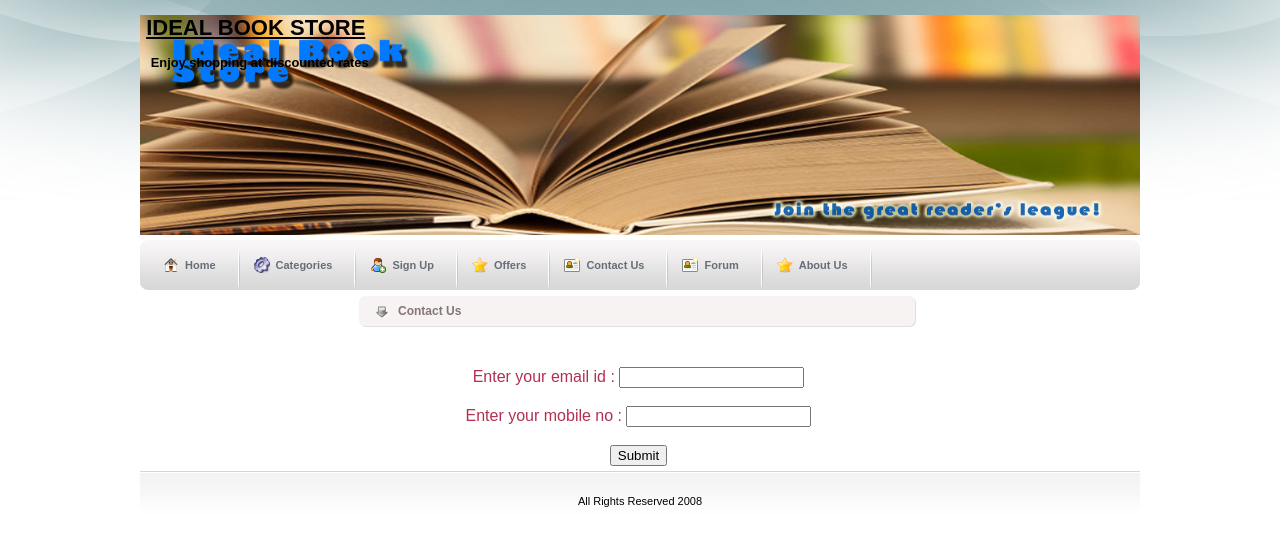
Repository: tusharjain887/Online-Book-Sales
Page: http://localhost/OnlineBook/forgotpassword.jsp
An editor plug-in stored every save of this project. The page is shown before and after the next save, followed by the edit.
The browser window is 1280 px wide. The pictures show the whole page.
The page is served by Tomcat 9.

Above is the page before, as saved 2013-04-09 10:24:41.

### PROJECT/workspace/workspace/OnlineBook/WebContent/forgotpassword.jsp
<%@ page import="java.sql.*"%>
<%@ page import="java.io.*"%>
<%@ page import="java.util.*"%>
<%@ page import="java.lang.*"%>
<!DOCTYPE html PUBLIC "-//W3C//DTD XHTML 1.0 Transitional//EN" "http://www.w3.org/TR/xhtml1/DTD/xhtml1-transitional.dtd">
<html xmlns="http://www.w3.org/1999/xhtml">
<head>
<title>Categories</title>
<meta http-equiv="Content-Type" content="text/html; charset=windows-1252" />
<link rel="stylesheet" type="text/css" href="style.css" />
<!--[if IE 6]>
<link rel="stylesheet" type="text/css" href="iecss.css" />
<![endif]-->
<script type="text/javascript" src="js/boxOver.js"></script>
</head>
<body>
<div id="main_container">

  <div id="header">
  <div class="logout">
 <%  Object c=session.getAttribute("username");
if(c!=null)
	{
	out.print("Welcome  " +session.getAttribute("username").toString());
	%>
	&nbsp<a href='myprofile.jsp'>Profile</a>
	&nbsp<a href='logout.jsp'>Logout</a>
	<%
	}
	%>
	</div>
	<div class="leftcontent"><h1>&nbsp<u>IDEAL BOOK STORE</u></h1></div>
    <div class="leftdowncontent"><h3>&nbsp&nbsp&nbspEnjoy shopping at discounted rates</h3></div>

  </div>

  <div id="main_content">
    <div id="menu_tab">
      <div class="left_menu_corner"></div>
      <ul class="menu">
        <li><a href="index.jsp" class="nav1"> Home</a></li>
        <li class="divider"></li>
        <li><a href="categories.jsp" class="nav2">Categories</a></li>
        <li class="divider"></li>
        <%
        if(c==null)
        {
        %><li><a href="registration.html" class="nav4">Sign Up</a></li>
        <li class="divider"></li>
        <%
        }
        %>
        <li><a href="news.jsp" class="nav3">Offers</a></li>
        <li class="divider"></li>
        <li><a href="contact.jsp" class="nav6">Contact Us</a></li>
        <li class="divider"></li>
        <li><a href="forum.jsp" class="nav6">Forum</a></li>
        <li class="divider"></li>
        <li><a href="aboutus.jsp" class="nav3">About Us</a></li>
        <li class="divider"></li>

      </ul>
      <div class="right_menu_corner"></div>
    </div>
    <!-- end of menu tab -->
    <div class="left_content">
     <br><br><br>

      </div>


    <!-- end of left content -->
    <div class="center_content">
      <div class="center_title_bar">Contact Us</div>
      <div style="font-size:16px;color:#B13052;">
      <br><br><br><br><center>
      <form name="myform" method="post" action="getpass.jsp">
Enter your email id : <input type="text" name="email" /><br><br>
Enter your mobile no : <input type="text" name="mobile" /><br><br>
<input type="submit" name="submit" value="Submit" />
</form>
</center>
</div>
    </div>
    <!-- end of center content -->
    <div class="right_content">
     <br><br><br>
    </div>
    <!-- end of right content -->
  </div>
  <!-- end of main content -->
  <div class="footer">
    <br><br>
    <center> All Rights Reserved 2008</center>
      </div>

<!-- end of main_container -->
</body>
</html>

### PROJECT/workspace/workspace/OnlineBook/WebContent/style.css
body
{
background:url(images/bg.jpg) no-repeat #fff center top;
padding:0;
font-family:Arial, Helvetica, sans-serif;
font-size:11px;
margin:0px auto auto auto;
color:#000;
}
p{
padding:2px;
margin:0px;
}
#main_container{
width:1000px;
height:auto;
margin:auto;
padding:0px;
}
.top_bar{
width:1000px;
height:38px;
background-color:#4a4a4a;
}
.top_search{
width:370px;
height:32px;
margin:0px 20px 0 0;
_margin:0px 10px 0 0;
float:right;
background:url(images/top_search_bg.gif) no-repeat center;
}
input.search_input{
width:182px;
height:18px;
float:left;
margin:5px 0 0 0 ;
border:1px solid #dbdbdb;
border-bottom-color:#ffffff;
border-right-color:#ffffff;
}
.search_text{
float:left;
width:110px;
padding:8px 0 0 15px;
color:#999999;
}
.search_text a{
text-decoration:none;
color:#999999;
}
.search_bt{
float:left;
padding:2px 0 0 15px;
}
.languages{
float:right;
width:150px;
padding:8px 0 0 0;
}
.lang_text{
float:left;
padding:0 5px 0 0;
color:#b3adad;
}
a.lang{
display:block;
float:left;
padding:0 5px 0 5px;
}
#header{
width:1000px;
height:220px;
background:url(images/book4.jpg) no-repeat center;
background-position:0px 0px;
background-size:1000px 220px;
margin=0;
}
.logout{
	float:right;
	font-size:14px;
	color: green;
	font-weight: bold;
}
.logout a,.logout a:hover {
	color: B13052;
}

}
#logo{
padding:15px;
}
#templatemo_header {
	clear: both;
	width: 1000px;
	height: 200px;
	padding: 0;
	margin: 0;
	background: url(images/templatemo_header_bg.jpg) no-repeat;
}

#templatemo_header a,a:hover {
	color: #000;
}

#templatemo_header #templatemo_special_offers {
	float: left;
	font-size: 14px;
	margin-top: 95px;
	margin-left: 490px;
	width: 180px;
}

#templatemo_special_offers a {
	font-size: 12px;
}

#templatemo_special_offers  p {
	margin: 0 0 20px 0;
}
#templatemo_special_offers p span {
	font-size: 18px;
}

#templatemo_header #templatemo_new_books {
	float: left;
	margin-top: 90px;
	margin-left: 55px;
	width: 180px;
}

#templatemo_new_books ul {
	 margin: 0 0 10px 0;
	 padding: 0 0 0 20px;
}

#templatemo_new_books li {
	 margin: 0;
	 padding: 0;
}

/*------------------------------oferte_content-----------------------*/
.oferte_content{
width:600px;
height:264px;
float:left;
padding:0 0 0 50px;
}
.top_divider{
float:left;
width:1px;
height:164px;
}
.oferta{
width:538px;
float:left;
padding:15px 30px 0 30px;
}
.oferta_img{
float:left;
padding:0 0 10px 0;
}
.oferta_title{
font-size:15px;
color:#b72c24;
font-weight:bold;
}
.oferta_details{
width:400px;
float:left;
padding:0 0 0 30px;
}
.oferta_text{
padding:5px 0 5px 0;
font-size:12px;
color:#FFFFFF;
text-align:justify;
line-height:15px;
}
a.details{
width:83px;
height:21px;
display:block;
float:right;
margin:5px 0 0 0;
padding-left:5px;
background:url(images/details_bt_bg.gif) no-repeat center;
text-align:center;
line-height:21px;
text-decoration:none;
color:#000000;
}
/*---------------------oferta_pagination-----------------------------*/

div.oferta_pagination {
clear:both;
padding:10px 0 0 0;
_padding:0px 0 0 0;
margin:5px;
text-align:center;
float:left;
font-size:10px;
}

div.oferta_pagination a {
width:22px;
height:22px;
display:block;
float:left;
margin:0 0 0 5px;
_margin:0 0 0 3px;
line-height:23px;
text-align:center;
background:url(images/pag_bg.gif) no-repeat center;
text-decoration:none;
color:#9d8b8b;
}
div.oferta_pagination a:hover, div.pagination a:active {
width:22px;
height:22px;
display:block;
float:left;
line-height:23px;
text-align:center;
background:url(images/pag_bg_a.gif) no-repeat center;
text-decoration:none;
color:#ad1614;
}
div.oferta_pagination span.current {
width:22px;
height:22px;
display:block;
float:left;
line-height:23px;
text-align:center;
background:url(images/pag_bg_a.gif) no-repeat center;
text-decoration:none;
color:#ad1614;
}
#main_content{
clear:both;
}
/*---------------- menu tab----------------------*/
#menu_tab{
width:1000px;
height:50px;
background-color:#fff;
margin-top:5px;
}
.left_menu_corner{
width:9px;
height:50px;
float:left;
background:url(images/menu_left.gif) no-repeat center;
}
.right_menu_corner{
width:9px;
height:50px;
float:left;
background:url(images/menu_right.gif) no-repeat center;
}
ul.menu {
list-style-type:none; float:left; display:block; width:982px;
margin:0px; padding:0px;background:url(images/menu_bg.gif) repeat-x;}

ul.menu li {
display:inline;
font-size:11px;
font-weight:bold;
line-height:50px;
}
ul.menu li.divider {
display:inline;
width:2px;
height:50px;
float:left;
background:url(images/menu_divider.gif) no-repeat center;
}

a.nav1:link, a.nav1:visited {
display:block; float:left; padding:0px 8px 0px 22px; margin:0 14px 0 14px;height:50px;text-decoration:none; background:url(images/home.png) no-repeat left; color:#676d77;}
a.nav2:link, a.nav2:visited {
display:block; float:left; padding:0px 8px 0px 22px; margin:0 14px 0 14px;height:50px;text-decoration:none; background:url(images/services.png) no-repeat left; color:#676d77;}
a.nav3:link, a.nav3:visited {
display:block; float:left; padding:0px 8px 0px 22px; margin:0 14px 0 14px;height:50px;text-decoration:none; background:url(images/favs.png) no-repeat left; color:#676d77;}
a.nav4:link, a.nav4:visited {
display:block; float:left; padding:0px 8px 0px 22px; margin:0 14px 0 14px;height:50px;text-decoration:none; background:url(images/user_add.png) no-repeat left; color:#676d77;}
a.nav5:link, a.nav5:visited {
display:block; float:left; padding:0px 8px 0px 22px; margin:0 14px 0 14px;height:50px;text-decoration:none; background:url(images/car.png) no-repeat left; color:#676d77;}
a.nav6:link, a.nav6:visited {
display:block; float:left; padding:0px 8px 0px 22px; margin:0 14px 0 14px;height:50px;text-decoration:none; background:url(images/contact-new.png) no-repeat left; color:#676d77;}

a.nav1:hover, a.nav2:hover, a.nav3:hover, a.nav4:hover, a.nav5:hover, a.nav6:hover {
color:#333333;}


li.currencies{
width:180px;
float:left;
padding:0 0 0 15px;
_padding:12px 0 0 15px;
color:#676d77;
font-size:11px;
font-weight:bold;
}
/*----------------crumb_navigation-------------*/
.crumb_navigation{
width:980px;
height:15px;
padding:5px 10px 0 20px;
color:#333333;
background:url(images/navbullet.png) no-repeat left;
background-position:5px 6px;
}
.crumb_navigation a{
color:#0fa0dd;
text-decoration:underline;
}
span.current{
color:#0fa0dd;
}

/*-------------left_content------------------*/
.left_content{
width:196px;
float:left;
}
.title_box{
width:196px;
height:30px;
margin:5px 0 0 0;
background:url(images/menu_title_bg.gif) no-repeat center;
text-align:center;
font-size:13px;
font-weight:bold;
color:#fff;
line-height:30px;
}
/*--------left menu---------*/
ul.left_menu{
width:196px;
padding:0px;
margin:0px;
list-style:none;
}
ul.left_menu li{
margin:0px;
list-style:none;
}
ul.left_menu li.odd a{
width:166px;height:25px;display:block;background:url(images/checked.png) no-repeat left #dad0d0; background-position:5px 5px;border-bottom:1px #FFFFFF solid;
text-decoration:none;color:#504b4b;padding:0 0 0 30px; line-height:25px;
}
ul.left_menu li.even a{
width:166px;height:25px;display:block;background:url(images/checked.png) no-repeat left #eee6e6;background-position:5px 5px;border-bottom:1px #FFFFFF solid;
text-decoration:none;color:#504b4b;padding:0 0 0 30px; line-height:25px;
}
ul.left_menu li.even a:hover, ul.left_menu li.odd a:hover{
background:url(images/checked.png) no-repeat left #7bbcc7; color:#FFFFFF;background-position:5px 5px;
}

.border_box{
width:194px;
height:auto;
text-align:center;
border:1px #6da6b1 solid;
}
.product_title{
color:#ea2222;
padding:5px 0 5px 0;
font-weight:bold;
}
.product_title a{
text-decoration:none;
color:#ea2222;
padding:5px 0 5px 0;
font-weight:bold;
}
.product_title a:hover{
color:#064E5A;
}
.product_img{
padding:5px 0 5px 0;
}
.prod_price{
padding:5px 0 5px 0;
}
span.reduce{
color:#ea2222;
text-decoration:line-through;
}
span.price{
color:#ea2222;
}
/*----------newsletter--------------*/
input.newsletter_input{
width:160px;
height:16px;
border:1px #ddd9d9 solid;
margin:10px 0 5px 0;
font-size:12px;
padding:3px;
color:#999999;
}
a.join{
width:17px;
display:block;
margin:5px 0 5px 140px;
_margin:5px 0 5px 130px;
background:url(images/blue-add.png) no-repeat left;
padding:0 0 0 20px;
text-decoration:none;
color:#1c4a52;
}
.banner_adds{
width:194px;
text-align:center;
padding:10px 0 10px 0;
}

/*center content--------------------------*/
.center_content{
width:585px;
float:left;
padding:5px 10px;
}
.center_title_bar{
width:520px;
height:33px;
float:left;
padding:0 0 0 40px;
margin:0 0 0 12px;
_margin:0 0 0 6px;
line-height:33px;
font-size:12px;
color:#847676;
font-weight:bold;
background:url(images/bar_bg.gif) no-repeat center;
}

/*----------------------right content--------------*/
.right_content{
width:196px;
float:left;
padding:5px 0 0 0;
}
.shopping_cart{
width:195px;
height:84px;
text-align:center;
background:url(images/cart_bg.gif) no-repeat center;
}
.cart_title{
font-size:12px;
font-size:12px;
color:#847676;
font-weight:bold;
padding:8px 0 0 0;
}
.cart_details{
width:115px;
float:left;
padding:5px 0 0 15px;
text-align:left;
}
.cart_icon{
float:left;
padding:5px 0 0 5px;
}
span.border_cart{
width:100px;
height:1px;
margin:3px 0 3px 0;
display:block;
border-top:1px #999999 dashed;
}
/*---------prod_box----------*/
.prod_box{
width:173px;
height:auto;
float:left;
padding:10px 10px 10px 11px;
}
.top_prod_box{
width:173px;height:12px;background:url(images/product_box_top.gif) no-repeat center bottom;float:left; padding:0px; margin:0px;
}
.bottom_prod_box{
width:173px;height:10px;background:url(images/product_box_bottom.gif) no-repeat center top;float:left;padding:0px; margin:0px;
}
.center_prod_box{
width:173px;height: auto;background:url(images/product_box_center.gif) repeat-y;float:left; text-align:center;padding:0px; margin:0px;
}
.prod_details_tab{
width:173px;
height:31px;
float:left;
background:url(images/products_details_bg.gif) no-repeat center;
margin:3px 0 0 0;
}
img.left_bt{
float:left;
padding:6px 0 0 6px;
}
a.prod_details{
width:25px;
display:block;
float:left;
background:url(images/square-blue-add.gif) no-repeat left;
padding:0 0 0 20px;
margin:7px 0 0 38px;
_margin:6px 0 0 35px;
text-decoration:none;
color:#0fa0dd;
}
/*---------prod_box_big----------*/
.prod_box_big{
width:554px;
height:auto;
float:left;
padding:10px 10px 10px 15px;
}
.top_prod_box_big{
width:554px;height:12px;background:url(images/details_box_top.gif) no-repeat center bottom;float:left; padding:0px; margin:0px;
}
.bottom_prod_box_big{
width:554px;height:12px;background:url(images/details_box_bottom.gif) no-repeat center top;float:left;padding:0px; margin:0px;
}
.center_prod_box_big{
width:554px;height: auto;background:url(images/details_box_center.gif) repeat-y;float:left; text-align:center;padding:0px; margin:0px;
}
.product_img_big{
width:170px;
padding:5px 0 5px 10px;
float:left;
}
.details_big_box{
width:345px;
float:left;
padding:0 0 0 15px;
text-align:left;
}
.product_title_big{
color:#ea2222;
padding:5px 0 5px 0;
font-weight:bold;
font-size:14px;
}
.specifications{
font-size:12px;
font-weight:bold;
line-height:18px;
}
.thumbs{
padding:8px 5px 8px 5px;
border:1px #DFD1D1 solid;
margin:3px 0 0 0;
}
.thumbs a{
padding:3px;
}
.prod_price_big{
padding:5px 0 5px 0;
font-size:16px;
}
span.reduce{
color:#ea2222;

}
span.price{
color:#ea2222;
}
a.addtocart{
width:76px;
height:27px;
display:block;
float:left;
background:url(images/addtocart.gif) no-repeat left;
padding:0 0 0 33px;
text-decoration:none;
line-height:27px;
color:#1c4a52;
}
a.compare{
width:76px;
height:27px;
display:block;
float:left;
margin:0 0 0 10px;
background:url(images/compare.gif) no-repeat left;
padding:0 0 0 33px;
text-decoration:none;
line-height:27px;
color:#1c4a52;
}
span.blue{
color:#5F9FAB;
}
/*---------------contact_form------------------*/
.contact_form{
width:355px;
float:left;
padding:0px 0 0 75px;
}
.form_row{
width:335px;
clear:both;
padding:10px 0 10px 0;
_padding:5px 0 5px 0;
color:#a53d17;
}
label.contact{
width:75px;
float:left;
font-size:12px;
text-align:right;
padding:4px 5px 0 0;
color: #333333;
}
input.contact_input{
width:253px;
height:18px;
background-color:#fff;
color:#999999;
border:1px #DFDFDF solid;
float:left;
}
textarea.contact_textarea{
width:253px;
height:50px;
font-family:Arial, Helvetica, sans-serif;
font-size:12px;
color: #999999;
background-color:#fff;
border:1px #DFDFDF solid;
float:left;
}
a.contact{
width:99px;
height:27px;
display:block;
float:right;
margin:0 0 0 10px;
background:url(images/contact_bt.gif) no-repeat left;
padding:0 0 0 10px;
text-decoration:none;
line-height:27px;
color:#1c4a52;
}
/*--------------footer----------------*/
.footer{
width:1000px;
clear:both;
height:65px;
background:url(images/footer_bg.gif) repeat-x top;
}
.left_footer{
float:left;
width:300px;
padding:5px 0 0 10px;
}
.right_footer{
float:right;
padding:15px 30px 0 0;
}
.right_footer a{
padding:0 0 0 7px;
text-decoration:none;
color: #666666;
}
.right_footer a:hover{
text-decoration:underline;
}

.center_footer{
float:left;
width:200px;
text-align:center;
color:#666666;
padding:10px 0 0 60px;
}

Loaded but not shown: PROJECT/workspace/workspace/OnlineBook/WebContent/js/boxOver.js (369 lines, source omitted)

After the next save:
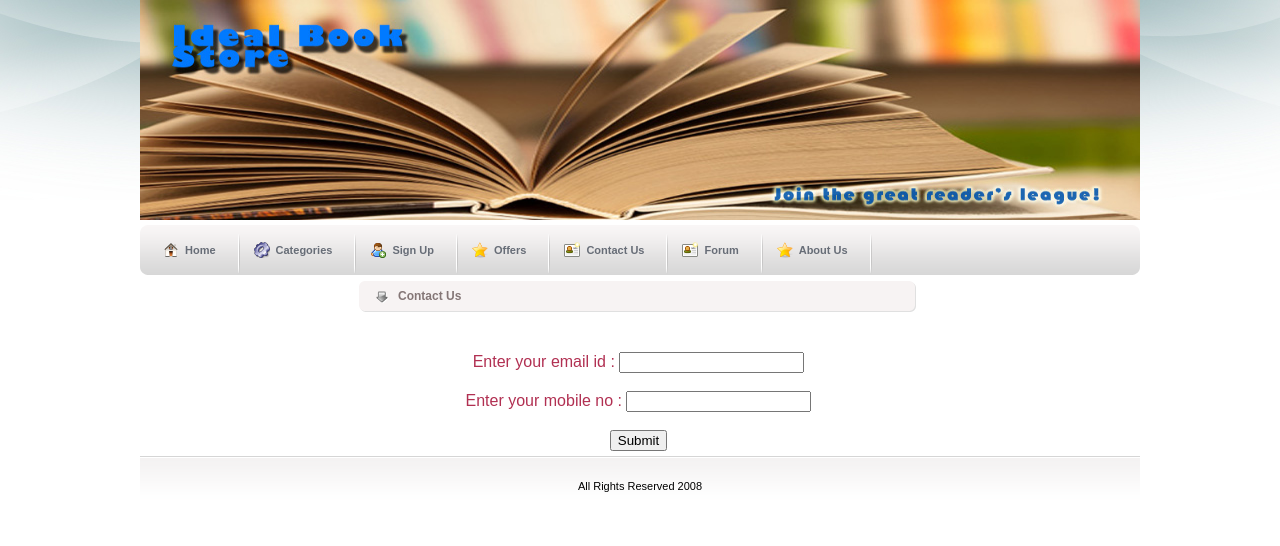
Saved 24 s later.
--- a/PROJECT/workspace/workspace/OnlineBook/WebContent/forgotpassword.jsp
+++ b/PROJECT/workspace/workspace/OnlineBook/WebContent/forgotpassword.jsp
@@ -5,7 +5,7 @@
 <!DOCTYPE html PUBLIC "-//W3C//DTD XHTML 1.0 Transitional//EN" "http://www.w3.org/TR/xhtml1/DTD/xhtml1-transitional.dtd">
 <html xmlns="http://www.w3.org/1999/xhtml">
 <head>
-<title>Categories</title>
+<title>Forgot Password</title>
 <meta http-equiv="Content-Type" content="text/html; charset=windows-1252" />
 <link rel="stylesheet" type="text/css" href="style.css" />
 <!--[if IE 6]>
@@ -29,8 +29,6 @@ if(c!=null)
 	}
 	%>
 	</div>
-	<div class="leftcontent"><h1>&nbsp<u>IDEAL BOOK STORE</u></h1></div>
-    <div class="leftdowncontent"><h3>&nbsp&nbsp&nbspEnjoy shopping at discounted rates</h3></div>
 
   </div>
 
